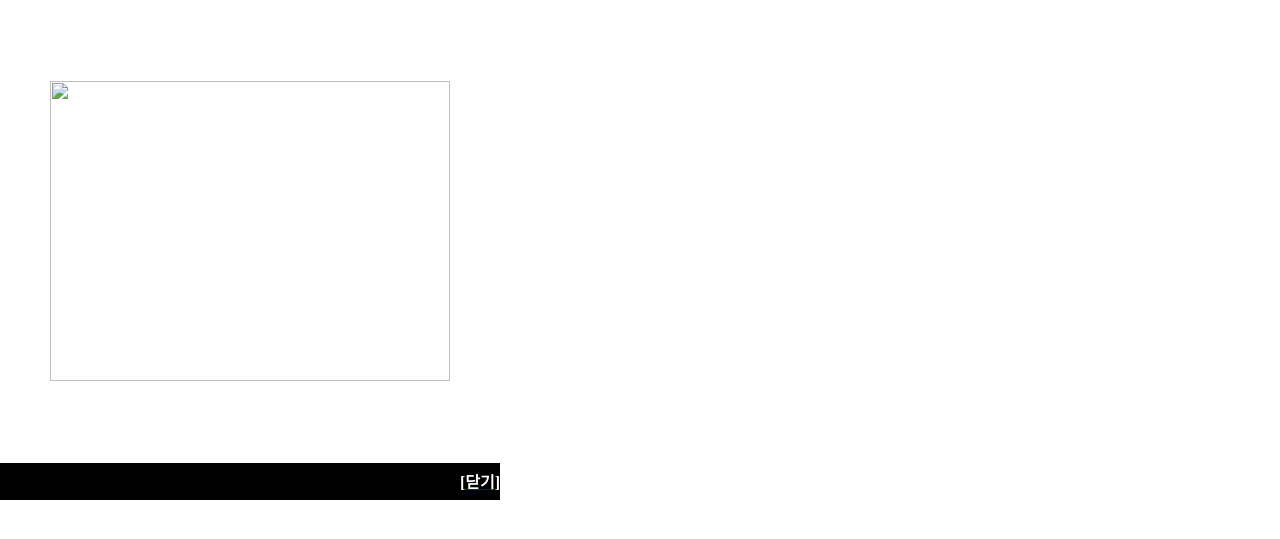
Repository: yohoaa/shoppingmall
Page: shoppingmall/WebContent/testT.html
An editor plug-in stored every save of this project. The page is shown before and after the next save, followed by the edit.
The browser window is 1280 px wide. The pictures show the whole page.

Above is the page before, as saved 2018-02-01 08:00:59.
Console error: TypeError: Cannot read properties of null (reading 'style')
Not found: shoppingmall/WebContent/pop.jpg

After the next save:
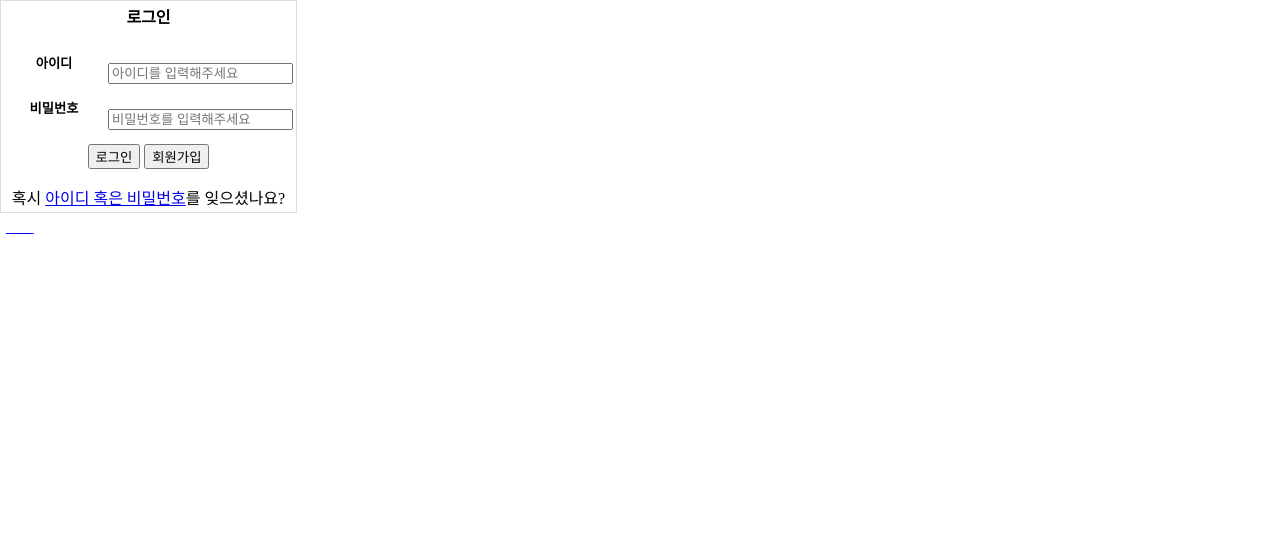
Saved 2 min 7 s later.
--- a/shoppingmall/WebContent/testT.html
+++ b/shoppingmall/WebContent/testT.html
@@ -109,9 +109,38 @@
     <div id='divpop' style='width:500px; height:600px; position:absolute; left:0px; top:0px; z-index:1000; visibility:hidden;'>
 
         <table width='500' height='500' cellpadding='0' cellspacing='0'>
-            <tr>
-                <td align='center' bgcolor='white'><img src="pop.jpg" width="400" height="300" border="0"></td>
-            </tr>
+           <form action="login_check.mvc" method="post">
+							<input type="hidden" name="next" value="/">
+							 <table class="table table-bordered table-hover" style="text-align:center; border: 1px solid #dddddd">
+								<thead>
+								 <tr>
+                                 <th colspan="2"><h4 class="center">로그인</h4></th>
+                              </tr>
+                              </thead>
+
+									<tr>
+									<td style="width: 100px;"><h5>아이디</h5></td>
+									<td>	<input class="form-control" type="text" name="id" placeholder="아이디를 입력해주세요" id="username" class="input-xlarge" required></td>
+									</tr>
+
+									<tr>
+									<td style="width: 100px;"><h5>비밀번호</h5></td>
+										<td><input class="form-control" type="password" name="pw" placeholder="비밀번호를 입력해주세요" id="password" class="input-xlarge" required></td>
+									</tr>
+
+									<tr>
+									<td colspan="3" class="center">
+
+									<input class="btn btn-inverse large" type="submit" value="로그인">
+									<input class="btn btn-inverse large" type="button" onclick="location.href = 'register.jsp'" value="회원가입">
+									<p class="reset">혹시 <a tabindex="4" href="#" title="Recover your username or password">아이디 혹은 비밀번호</a>를 잊으셨나요?</p>
+									</td>
+									</tr>
+
+
+							</table> <!-- onKeyUp="" , onKeyDown="" , onKeyPress="" , onClick="" 속성은 스크립트속성 즉 저 "" 내부는 스크립트 영역임. 스크립스 영역을 따로 만들어서 함수를 만들고,
+								함수를 호출 할 수도 있겠지만, 간단한 거라면 함수의 내용을 그대로 적어줘도 작동한다.-->
+						</form>
             <tr>
                 <td align='right' bgcolor='#000000'>
 
